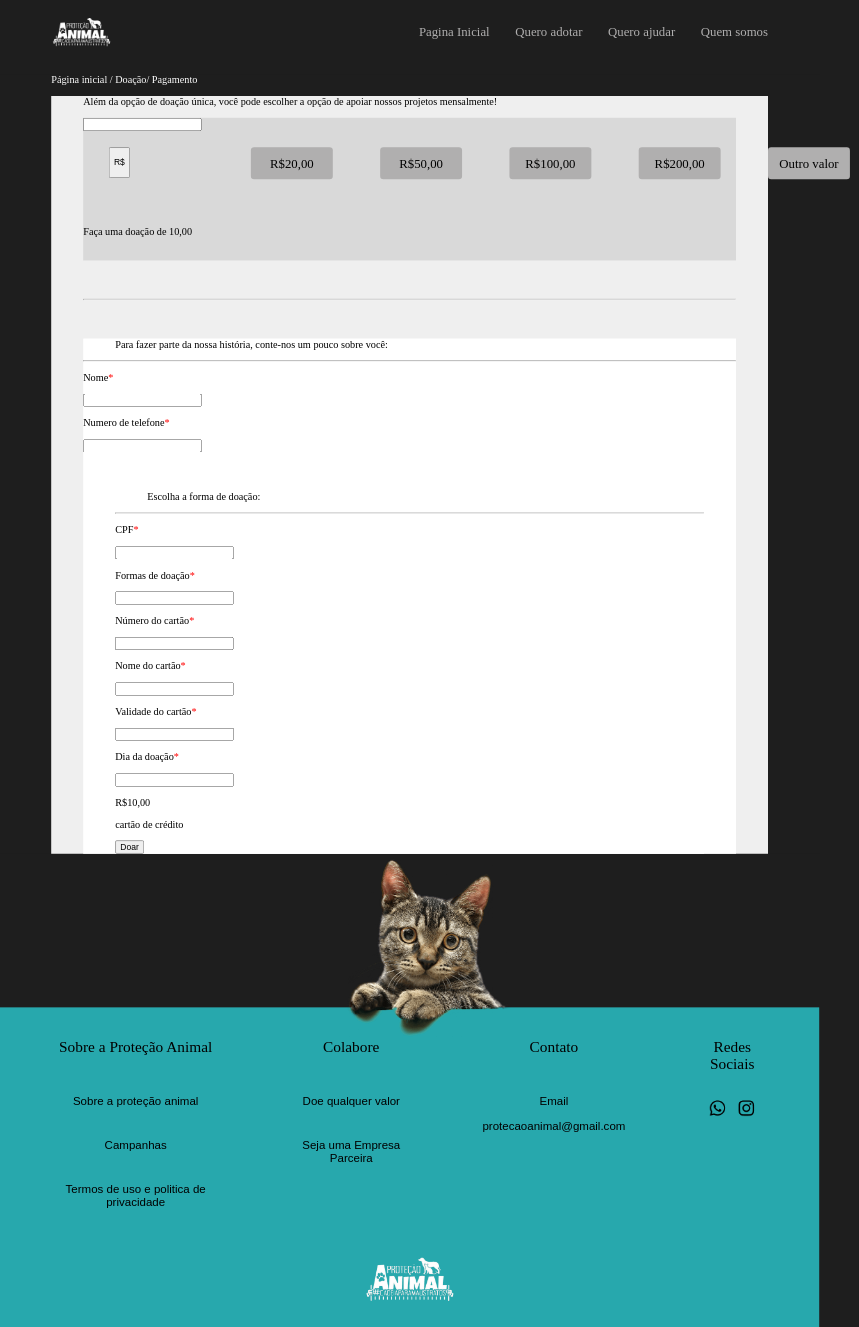
Repository: edjunior-nascimento/protecao-animal-web
Page: src/pages/formulario-doacao/index.html
These files come from the project's save history. The page is drawn as it stood at one moment and after a run of saves; the edit follows.
The browser window is 1280 px wide. The page is 1342 px wide, so the pictures cover 1342 px, including what lies to the right of the window. The pictures show the whole page, at 64% of full size.

Above is the page before, as saved 2025-03-07 02:56:37.

After the next 3 saves:
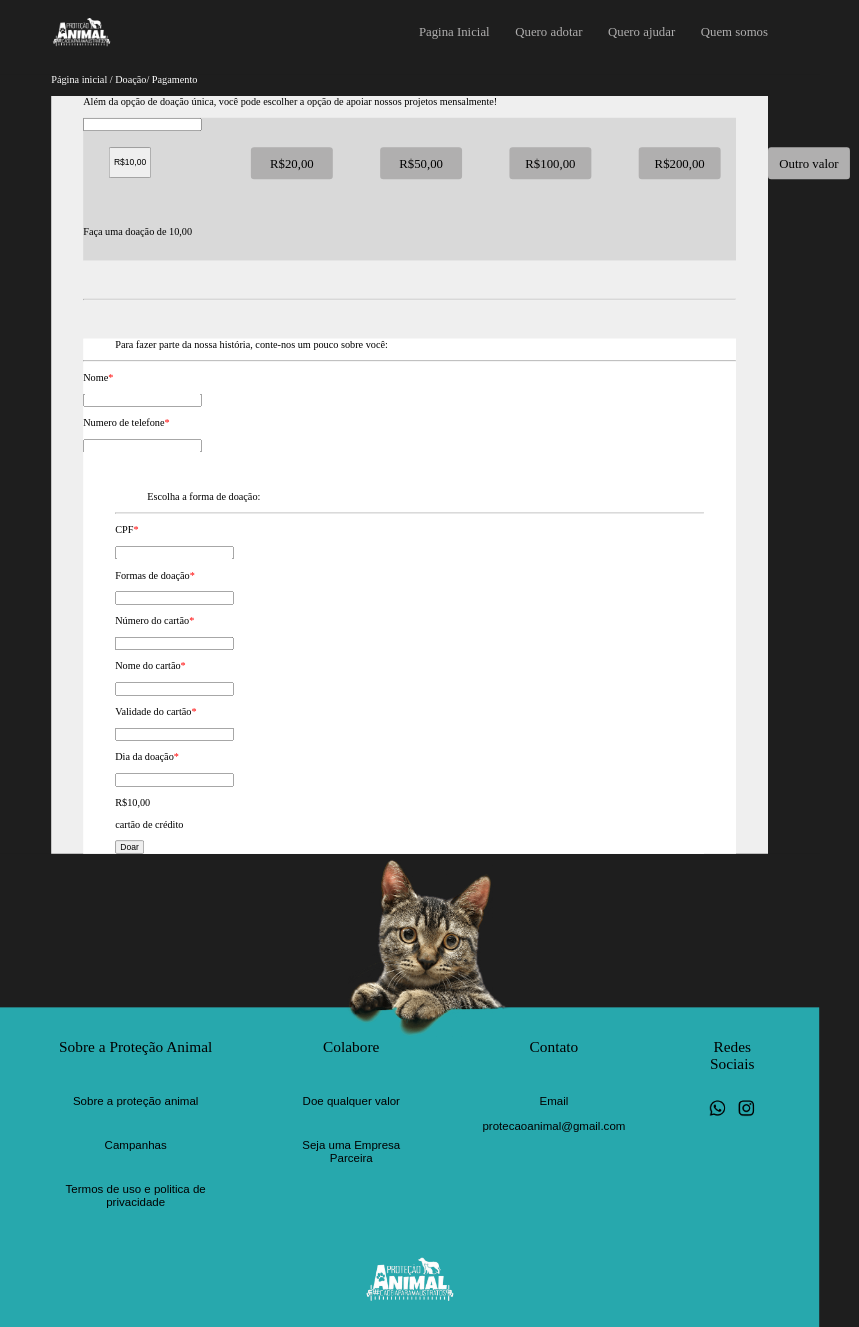
The 3 saves are shown as one change because they came seconds apart.
The last was saved 7 s later.
--- a/src/pages/formulario-doacao/index.html
+++ b/src/pages/formulario-doacao/index.html
@@ -57,7 +57,7 @@
                     <ul>
                         <li>
                             <button type="submit"
-                            id="btn-cad"><p>R$</p></button>
+                            id="btn-cad"><p>R$10,00</p></button>
                         </li>
                         <li>
                             <a href="#">R$20,00</a>
